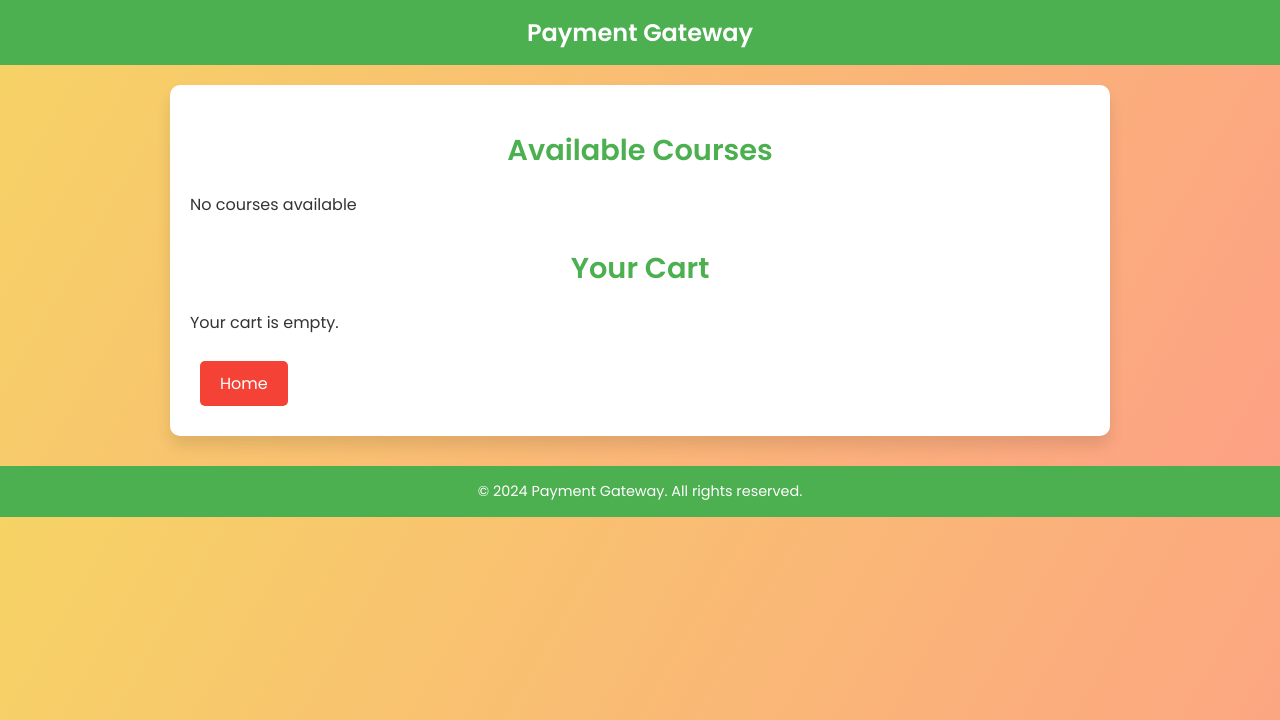
Repository: Syed1818/project
Page: http://localhost/payment_gateway.php
These files come from the project's save history. The page is drawn as it stood at one moment and after the next save; the edit follows.
The browser window is 1280 px wide. The pictures show the whole page.
The page is run by PHP 8.4 with error messages shown; the project is at /var/www/html/. The session is filled in as if someone had signed in: {"user_id": 1}. Other server files are loaded and not shown. Queries for data that is not in the repository find no rows.

Above is the page before, as saved 2024-12-07 10:05:44.

### payment_gateway.php
<?php
session_start();
include 'connect.php';

// Check if user is logged in
if (!isset($_SESSION['user_id'])) {
    header("Location: login.html");
    exit();
}

// Initialize cart and message
if (!isset($_SESSION['cart'])) {
    $_SESSION['cart'] = [];
}
$message = "";

// Handle adding to cart
if (isset($_POST['add_to_cart'])) {
    $course_id = $_POST['course_id'];
    if (!in_array($course_id, $_SESSION['cart'])) {
        $_SESSION['cart'][] = $course_id;
        $message = "Course added to cart successfully!";
    } else {
        $message = "Course is already in the cart!";
    }
}

// Handle removing from cart
if (isset($_POST['remove_from_cart'])) {
    $course_id = $_POST['course_id'];
    if (($key = array_search($course_id, $_SESSION['cart'])) !== false) {
        unset($_SESSION['cart'][$key]);
        $message = "Course removed from cart.";
    }
}

// Handle payment processing
if (isset($_POST['pay'])) {
    if (!empty($_SESSION['cart'])) {
        foreach ($_SESSION['cart'] as $course_id) {
            $user_id = $_SESSION['user_id'];
            $stmt = $conn->prepare("INSERT INTO enrollments (user_id, course_id) VALUES (?, ?)");
            $stmt->bind_param("ii", $user_id, $course_id);
            $stmt->execute();
            $stmt->close();
        }
        $_SESSION['cart'] = [];
        $message = "Payment successful! You are now enrolled in the courses.";
    } else {
        $message = "Your cart is empty!";
    }
}

// Fetch available courses
$sql = "SELECT * FROM courses";
$result = $conn->query($sql);
?>
<!DOCTYPE html>
<html lang="en">
<head>
    <meta charset="UTF-8">
    <meta name="viewport" content="width=device-width, initial-scale=1.0">
    <title>Payment Gateway</title>
    <link href="https://fonts.googleapis.com/css2?family=Poppins:wght@300;400;600&display=swap" rel="stylesheet">
    <style>
        body {
            font-family: 'Poppins', sans-serif;
            margin: 0;
            padding: 0;
            background: linear-gradient(120deg, #f6d365, #fda085);
            color: #333;
        }

        .header {
            background-color: #4CAF50;
            color: white;
            padding: 15px;
            text-align: center;
            font-size: 1.5rem;
            font-weight: 600;
        }

        .container {
            max-width: 900px;
            margin: 20px auto;
            padding: 20px;
            background: #fff;
            border-radius: 10px;
            box-shadow: 0 10px 15px rgba(0, 0, 0, 0.1);
        }

        h1, h2 {
            color: #4CAF50;
            margin-bottom: 20px;
            font-size: 1.8rem;
            text-align: center;
        }

        .message {
            color: #28a745;
            font-weight: 500;
            text-align: center;
            margin: 10px 0;
        }

        .course-card {
            display: flex;
            justify-content: space-between;
            align-items: center;
            padding: 15px;
            margin: 10px 0;
            background: #f9f9f9;
            border-radius: 8px;
            box-shadow: 0 2px 5px rgba(0, 0, 0, 0.1);
        }

        .course-card h3 {
            margin: 0;
            font-size: 1.2rem;
            color: #333;
        }

        .course-card span {
            font-size: 1rem;
            color: #666;
        }

        .course-card button {
            background-color: #4CAF50;
            color: white;
            padding: 10px 15px;
            border: none;
            border-radius: 5px;
            cursor: pointer;
            font-size: 1rem;
        }

        .course-card button:hover {
            background-color: #45a049;
        }

        .cart-container {
            margin-top: 30px;
        }

        .cart-item {
            display: flex;
            justify-content: space-between;
            padding: 10px 0;
            border-bottom: 1px solid #ddd;
        }

        .cart-item:last-child {
            border-bottom: none;
        }

        .total-price {
            font-size: 1.4rem;
            font-weight: 600;
            text-align: right;
            margin-top: 20px;
            color: #333;
        }

        .btn-container {
            text-align: right;
            margin-top: 20px;
        }

        .btn-container button {
            background-color: #4CAF50;
            color: white;
            padding: 10px 20px;
            border: none;
            border-radius: 5px;
            cursor: pointer;
            font-size: 1.2rem;
        }

        .btn-container button:hover {
            background-color: #45a049;
        }

        .home-button {
            display: inline-block;
            margin: 10px;
            background-color: #f44336;
            color: white;
            padding: 10px 20px;
            text-decoration: none;
            border-radius: 5px;
            font-size: 1rem;
            text-align: center;
        }

        .home-button:hover {
            background-color: #e53935;
        }

        .footer {
            background-color: #4CAF50;
            color: white;
            text-align: center;
            padding: 15px;
            margin-top: 30px;
            font-size: 0.9rem;
        }
    </style>
</head>
<body>
    <div class="header">Payment Gateway</div>
    <div class="container">
        <?php if ($message): ?>
            <p class="message"><?php echo $message; ?></p>
        <?php endif; ?>

        <h2>Available Courses</h2>
        <?php if ($result && $result->num_rows > 0): ?>
            <?php while ($row = $result->fetch_assoc()): ?>
                <div class="course-card">
                    <div>
                        <h3><?php echo htmlspecialchars($row['title']); ?></h3>
                        <span>$<?php echo htmlspecialchars($row['price']); ?></span>
                    </div>
                    <form method="POST">
                        <input type="hidden" name="course_id" value="<?php echo $row['id']; ?>">
                        <button type="submit" name="add_to_cart">Add to Cart</button>
                    </form>
                </div>
            <?php endwhile; ?>
        <?php else: ?>
            <p>No courses available</p>
        <?php endif; ?>

        <div class="cart-container">
            <h2>Your Cart</h2>
            <?php if (!empty($_SESSION['cart'])): ?>
                <ul>
                    <?php $total_price = 0; ?>
                    <?php foreach ($_SESSION['cart'] as $course_id): ?>
                        <?php
                        $course_query = $conn->query("SELECT title, price FROM courses WHERE id = $course_id");
                        $course = $course_query->fetch_assoc();
                        $total_price += $course['price'];
                        ?>
                        <li class="cart-item">
                            <span><?php echo htmlspecialchars($course['title']); ?></span>
                            <span>$<?php echo htmlspecialchars($course['price']); ?></span>
                            <form method="POST" style="display:inline;">
                                <input type="hidden" name="course_id" value="<?php echo $course_id; ?>">
                                <button type="submit" name="remove_from_cart" style="background-color:#f44336; color:white; padding:5px 10px; border:none; border-radius:3px; cursor:pointer;">Remove</button>
                            </form>
                        </li>
                    <?php endforeach; ?>
                </ul>
                <div class="total-price">Total: $<?php echo number_format($total_price, 2); ?></div>
                <div class="btn-container">
                    <form method="POST">
                        <button type="submit" name="pay">Proceed to Pay</button>
                    </form>
                </div>
            <?php else: ?>
                <p>Your cart is empty.</p>
            <?php endif; ?>
        </div>
        <a href="index.html" class="home-button">Home</a>
    </div>
    <div class="footer">
        &copy; 2024 Payment Gateway. All rights reserved.
    </div>
</body>
</html>

### connect.php
<?php
$host = '127.0.0.1'; // Database host (localhost in most cases)
$db = 'elearning'; // Your database name
$user = 'myadmin'; // MySQL username
$pass = 'syedshahid@123'; // MySQL password

// Create a MySQLi connection
$conn = new mysqli($host, $user, $pass, $db);

// Check the connection
if ($conn->connect_error) {
    die("Connection failed: " . $conn->connect_error);
}
?>

After the next save:
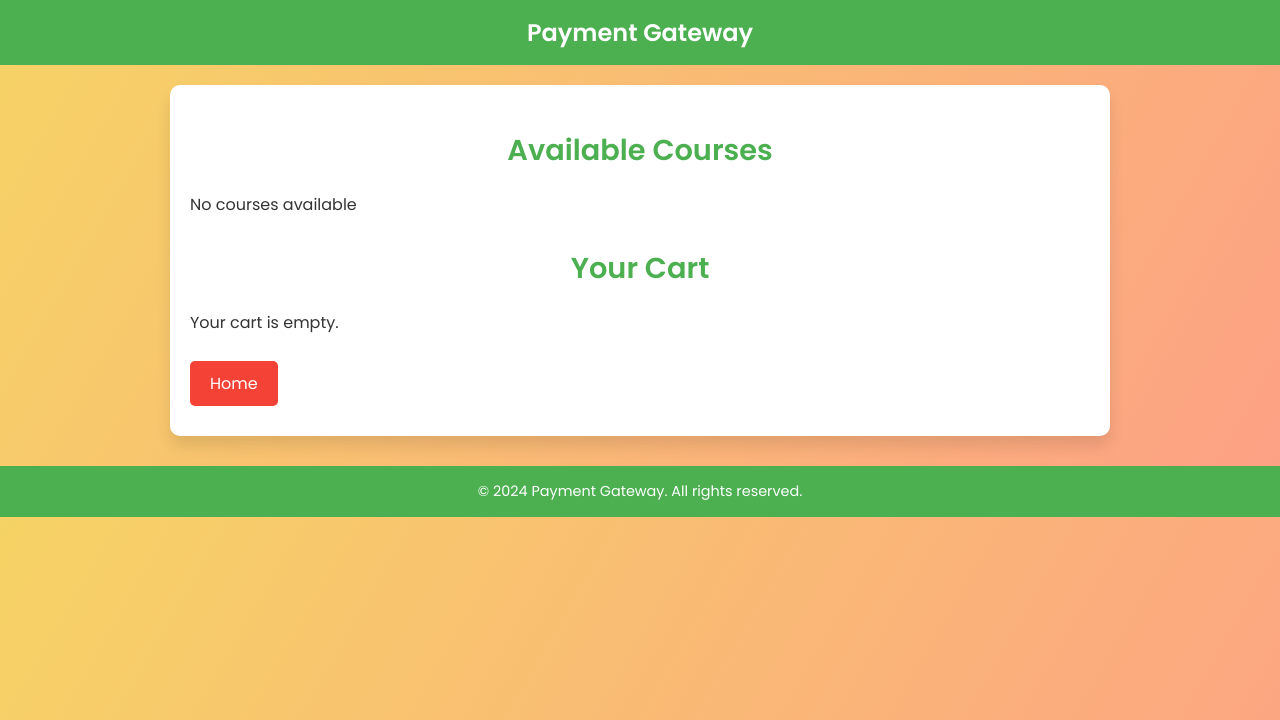
Saved 9 s later.
--- a/payment_gateway.php
+++ b/payment_gateway.php
@@ -183,7 +183,7 @@ $result = $conn->query($sql);
 
         .home-button {
             display: inline-block;
-            margin: 10px;
+            margin: 10px auto;
             background-color: #f44336;
             color: white;
             padding: 10px 20px;
